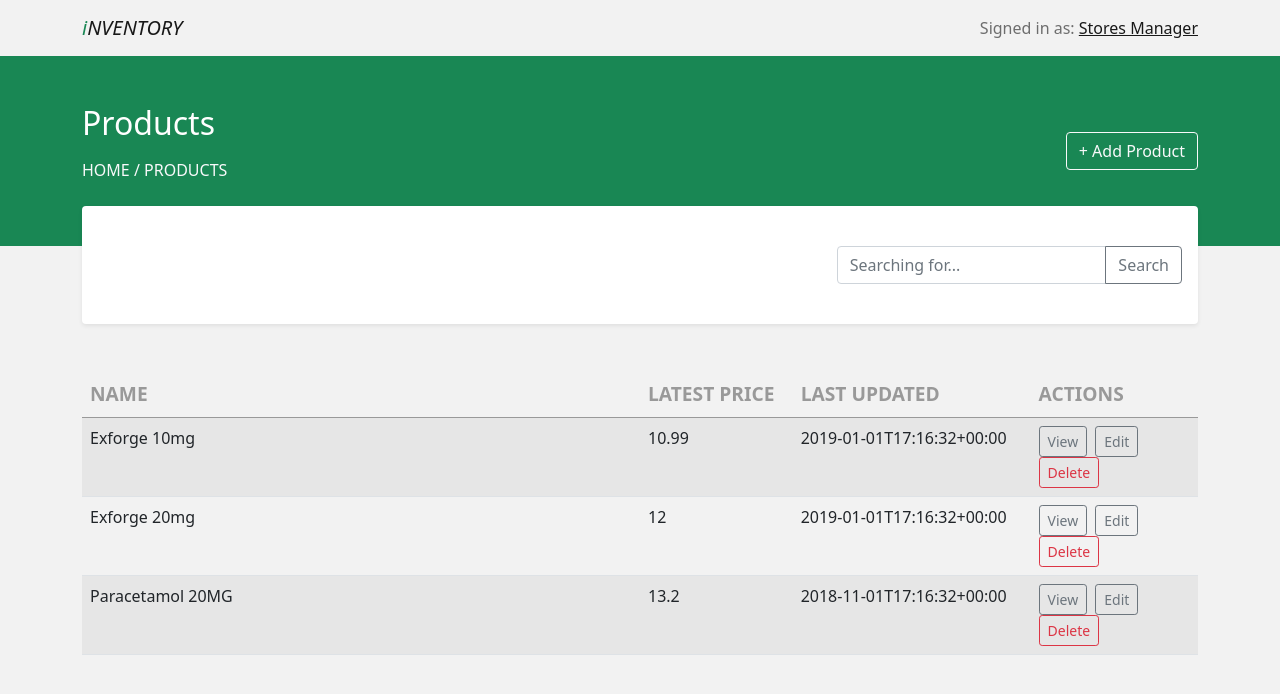
Repository: tHEO2k17/inventory-manager
Page: /
The author's editor kept a copy of each file at every save. The page is drawn from the files as they stood at one save, then again after the next save.
The browser window is 1280 px wide. The pictures show the whole page.
The project was rebuilt for these pictures with package versions that can differ from the ones it lists, and the page was loaded fresh each time. Also part of the build but not shown: src/presentation/components/ProductForm.tsx.

Above is the page before, as saved 2021-08-31 10:37:36.

After the next save:
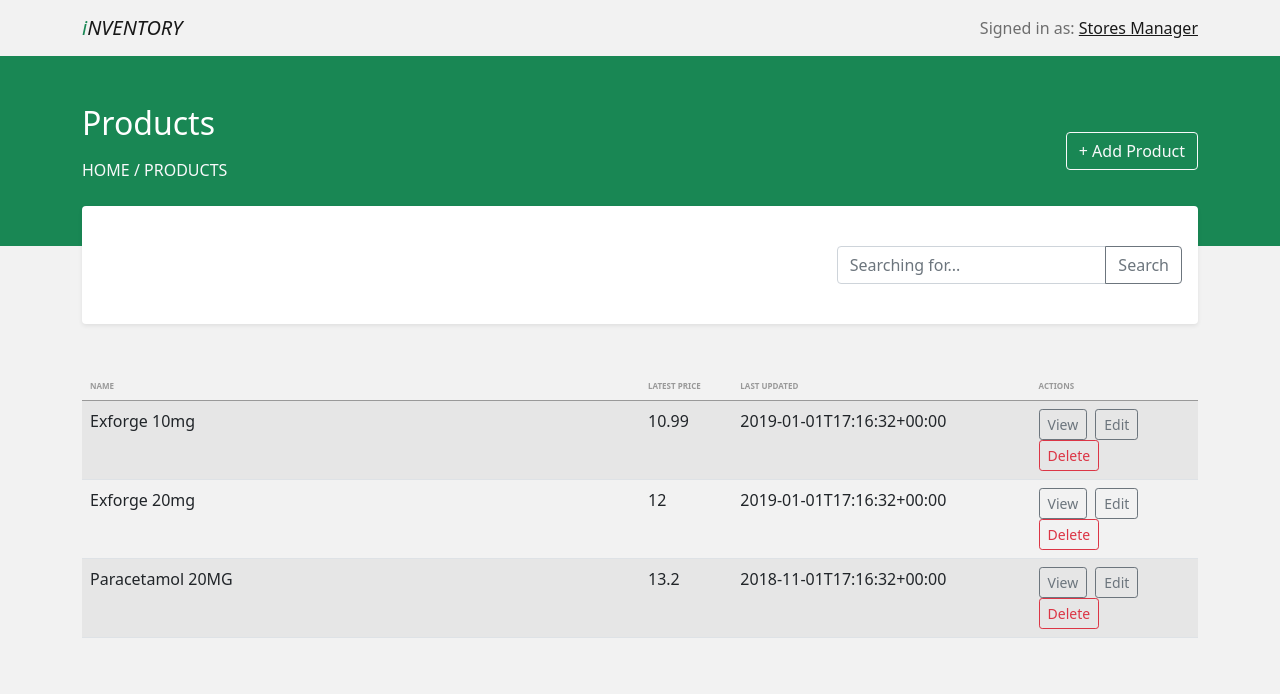
Saved 11 s later.
--- a/src/index.scss
+++ b/src/index.scss
@@ -6,7 +6,7 @@ body{
 
 .table thead tr > th{
     text-transform: uppercase;
-    font-size: 1.2rem;
+    font-size: 0.5rem;
     color: #999;
 }
 
